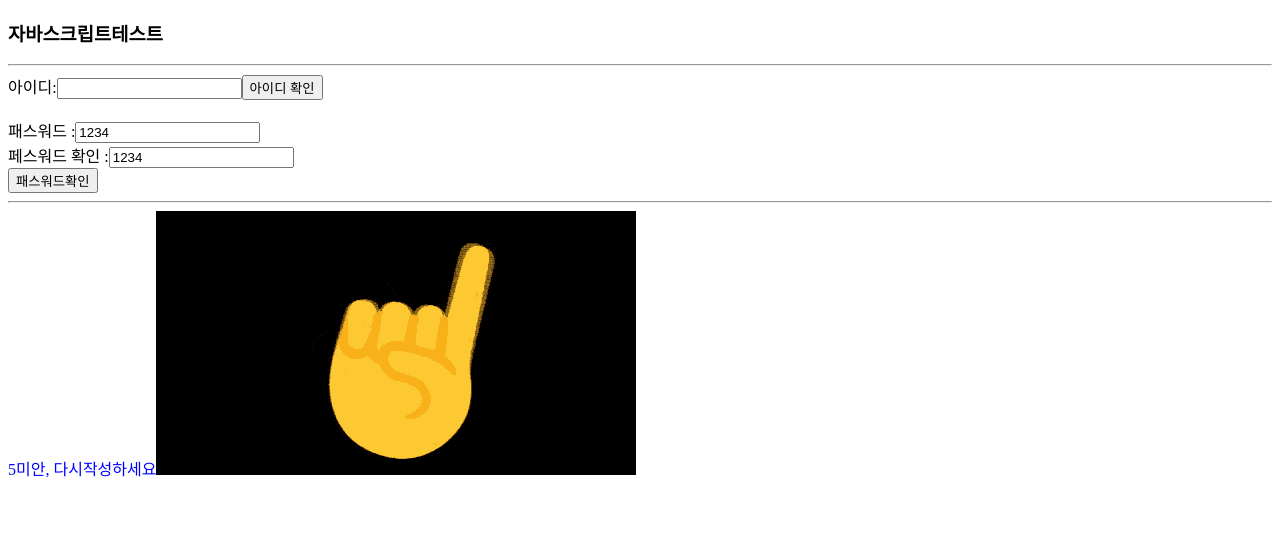
Repository: Yusubin/springEx
Page: http://localhost/spring04/js2.jsp
The author's editor kept a copy of each file at every save. The page is drawn from the files as they stood at one save, then again after the next save.
The browser window is 1280 px wide. The pictures show the whole page.
After loading, the first visible `button` was clicked once.
The page is served by Tomcat 9. Other server files are loaded and not shown.

Above is the page before, as saved 2022-02-17 03:05:27.

### spring04/src/main/webapp/js2.jsp
<%@ page language="java" contentType="text/html; charset=UTF-8"
    pageEncoding="UTF-8"%>
<!DOCTYPE html>
<html>
<head>
<meta charset="UTF-8">
<title>Insert title here</title>
<style>
 #result,#dd{color:red;}

</style>
<script type="text/javascript">
function idCheck(){

	idValue=document.getElementById("id").value
	//window:브라우저 전체
	//document:body태그
	//console:개발할대 확인하는창(f12)
	//location:주소부분.
	//history:탐색 리스트
	text=""
	img=""
	if(idValue.length<5){
	//	document.getElementById("result").value="5미안, 다시작성하세요";
		document.getElementById("id").value=""
		//text="<span style='color:red'>5미안, 다시작성하세요</span>"
		text="<span style='color:blue'>5미안, 다시작성하세요</span>"
		img="<img src='resources/img/0fc108b9a016b2be79292b0bdfb17be2.gif'>"

	}else{
		//document.getElementById("result").value="Good";
		console.log("Good");
		text="<span style='color:blue'>Good</span>"
		img="<img src='resources/img/tenor.gif'>"
	}
	document.getElementById("result").innerHTML=text+img
}

function pwCheck(){
	pw1Value=document.getElementById("pass1").value
	pw2Value=document.getElementById("pass2").value
	text=""
	if(pw1Value==pw2Value){
		//	document.getElementById("result").value="5미안, 다시작성하세요";
		console.log("Good");
		text="<span style='color:blue'>Good</span>"
		img="<img src='resources/img/tenor.gif'>"

	}else{
			//document.getElementById("result").value="Good";
			console.log("동일하지않습니다.");
			document.getElementById("pass1").value=""
			document.getElementById("pass2").value=""
			text="<span style='color:red'>동일하지않습니다</span>"
			img="<img src='resources/img/0fc108b9a016b2be79292b0bdfb17be2.gif'>"
	}
	document.getElementById("result").innerHTML=text+img
}

</script>
</head>
<body>
<h3>자바스크립트테스트</h3>
<hr>
아이디:<input name="id" id="id" value="test"><button onclick="idCheck()">아이디 확인</button><div id="dd"></div><br>
패스워드       :<input id="pass1" name="pass1" value="1234"><br>
페스워드 확인 :<input id="pass2" name="pass2" value="1234"><br>
<button onclick="pwCheck()">패스워드확인</button>
<hr>
<div  id="result"></div>
</body>
</html>

After the next save:
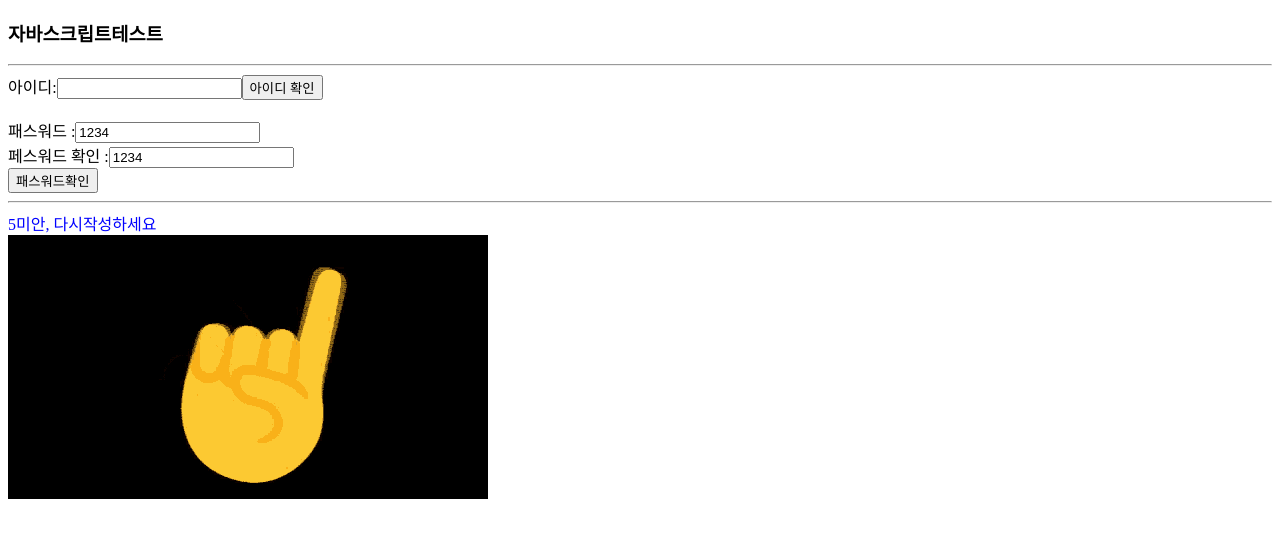
Saved 16 s later.
--- a/spring04/src/main/webapp/js2.jsp
+++ b/spring04/src/main/webapp/js2.jsp
@@ -33,7 +33,7 @@ function idCheck(){
 		text="<span style='color:blue'>Good</span>"
 		img="<img src='resources/img/tenor.gif'>"
 	}
-	document.getElementById("result").innerHTML=text+img
+	document.getElementById("result").innerHTML=text+"<br>"+img
 }
 
 function pwCheck(){
@@ -54,7 +54,7 @@ function pwCheck(){
 			text="<span style='color:red'>동일하지않습니다</span>"
 			img="<img src='resources/img/0fc108b9a016b2be79292b0bdfb17be2.gif'>"
 	}
-	document.getElementById("result").innerHTML=text+img
+	document.getElementById("result").innerHTML=text+"<br>"+img
 }
 
 </script>
